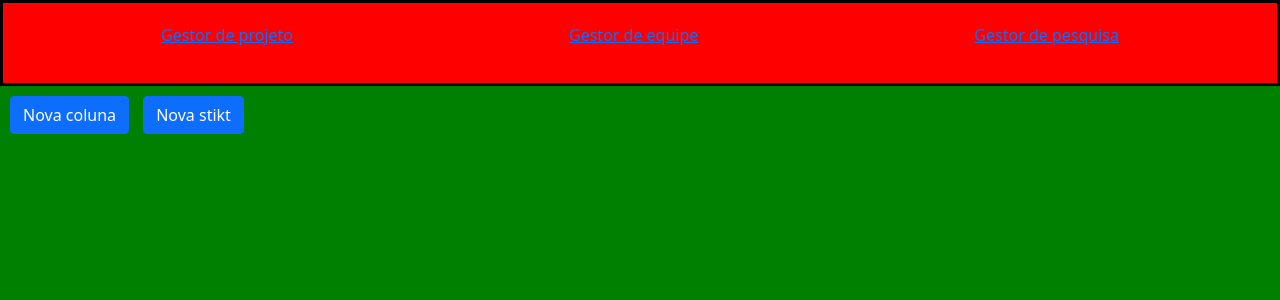
Repository: shadowruge/kanban
Page: index.html
The author's editor kept a copy of each file at every save. The page is drawn from the files as they stood at one save, then again after a run of saves.
The browser window is 1280 px wide. The pictures show the whole page.

Above is the page before, as saved 2021-06-12 19:06:41.

After the next 2 saves:
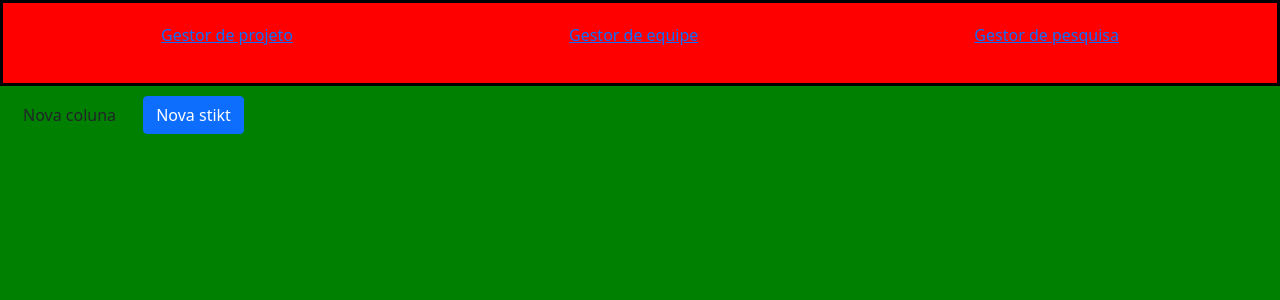
The 2 saves are shown as one change because they came seconds apart.
The last was saved 3 min 47 s later.
--- a/index.html
+++ b/index.html
@@ -23,7 +23,7 @@
     </header>
     <!--botão-->
 
-    <button type="button" class="btn btn-primary">Nova coluna</button>
+    <button type="button" class="btn btn-warni">Nova coluna</button>
 
     <button type="button" class="btn btn-primary">Nova stikt</button>
 <div class="Linha" style="width:600px;">
